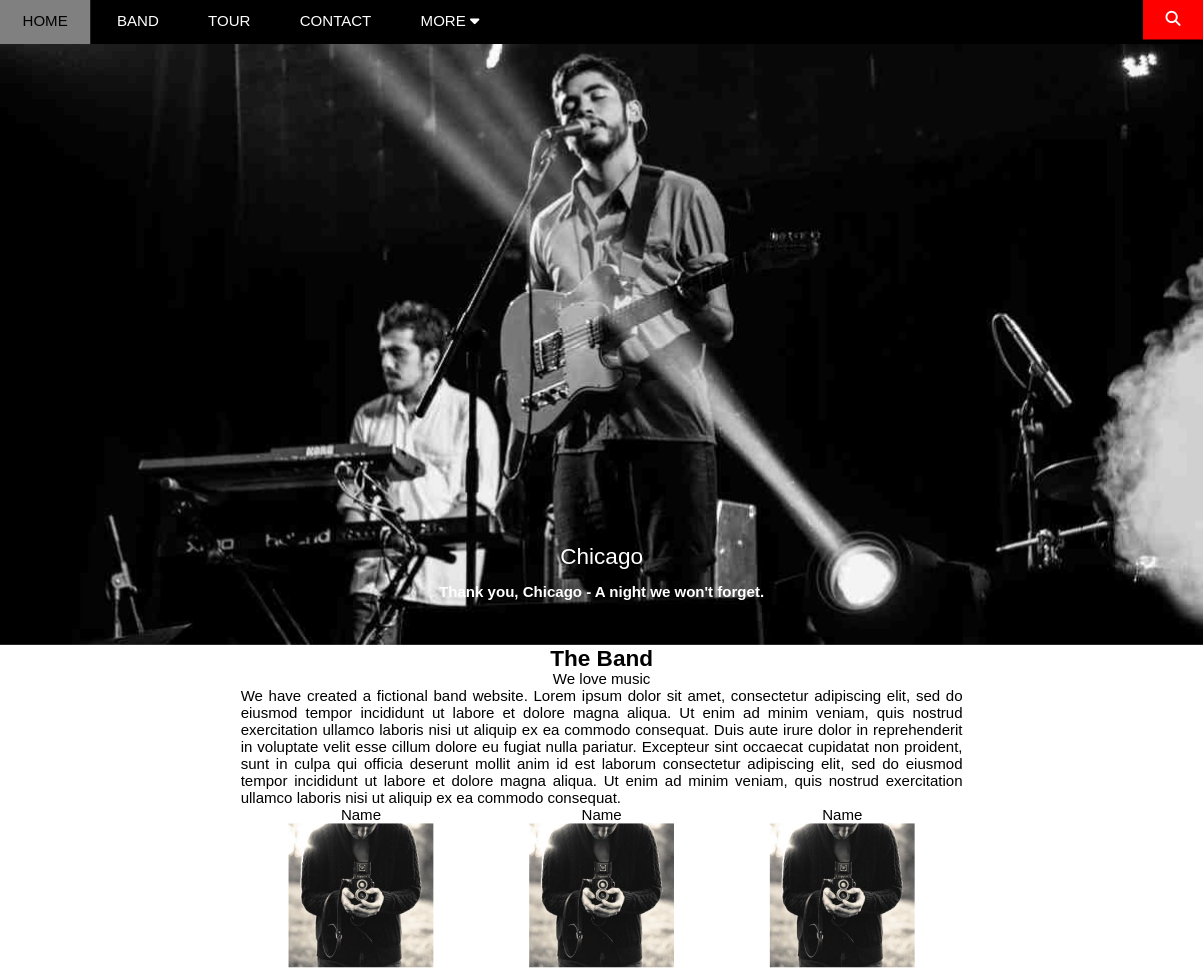
Repository: ngotranphuongbao/theband
Page: index.html
These files come from the project's save history. The page is drawn as it stood at one moment and after the next save; the edit follows.
The browser window is 1280 px wide. The pictures show the whole page, at 94% of full size.
Some web libraries are served in a nearby version.

Above is the page before, as saved 2022-12-21 20:05:29.

After the next save:
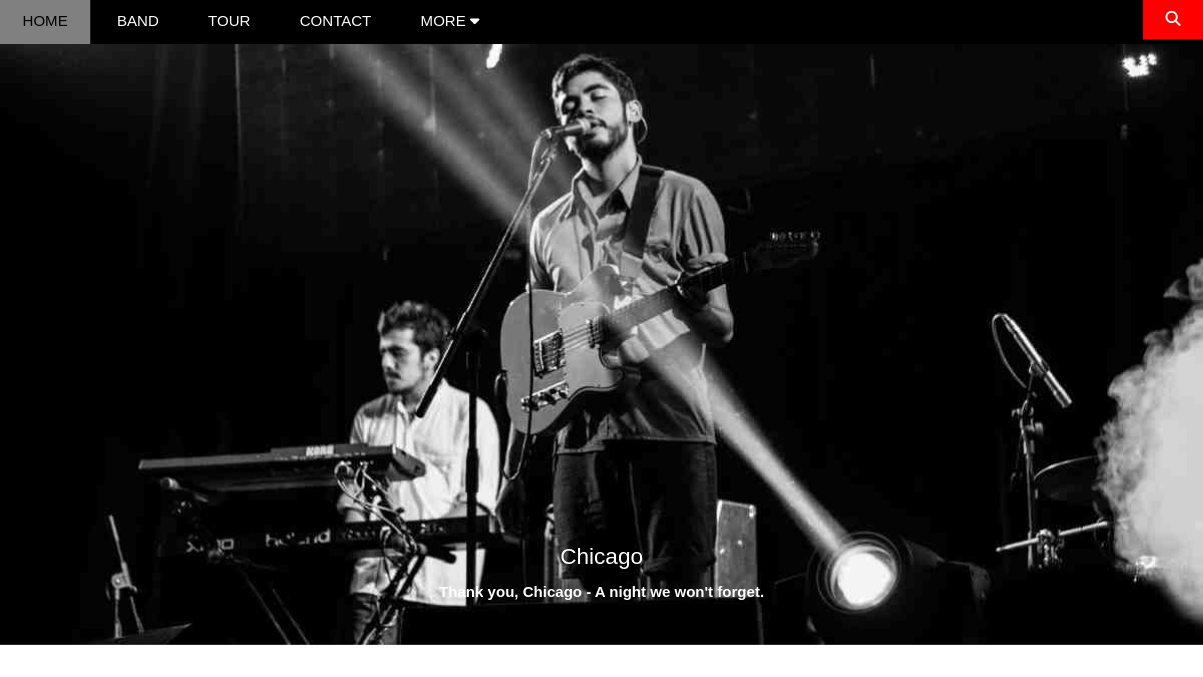
Saved 104 s later.
--- a/index.html
+++ b/index.html
@@ -43,27 +43,7 @@
 
         <div id="content">
             <div id="the-band">
-                <div id="the-band-main">
-                    <h2 class="content-title">The Band</h2>
-                    <p class="content-subtitle">We love music</p>
-                    <p id="the-band-about">We have created a fictional band website. Lorem ipsum dolor sit amet, consectetur adipiscing elit, sed do eiusmod tempor incididunt ut labore et dolore magna aliqua. Ut enim ad minim veniam, quis nostrud exercitation ullamco laboris nisi ut aliquip ex ea commodo consequat. Duis aute irure dolor in reprehenderit in voluptate velit esse cillum dolore eu fugiat nulla pariatur. Excepteur sint occaecat cupidatat non proident, sunt in culpa qui officia deserunt mollit anim id est laborum consectetur adipiscing elit, sed do eiusmod tempor incididunt ut labore et dolore magna aliqua. Ut enim ad minim veniam, quis nostrud exercitation ullamco laboris nisi ut aliquip ex ea commodo consequat.</p>
-                    <div id="the-band-member">
-                        <div class="member">
-                            <p class="member-name">Name</p>
-                            <img src="/assets/image/member/bandmember.jpg" alt="" class="member-photo">
-                        </div>
 
-                        <div class="member">
-                            <p class="member-name">Name</p>
-                            <img src="/assets/image/member/bandmember.jpg" alt="" class="member-photo">
-                        </div>
-
-                        <div class="member">
-                            <p class="member-name">Name</p>
-                            <img src="/assets/image/member/bandmember.jpg" alt="" class="member-photo">
-                        </div>
-                    </div>
-                </div>
             </div>
 
             <div id="tour-dates">
--- a/assets/css/style.css
+++ b/assets/css/style.css
@@ -121,40 +121,9 @@ html {
 #content {
 
 }
-#the-band-main {
-    width: 768px;
-    margin: auto;
-}
 
-.content-title {
-    text-align: center;
-}
 
-.content-subtitle {
-    text-align: center;
-}
 
-#the-band-about {
-    text-align: justify;
-}
-
-#the-band-member {
-    text-align: center;
-}
-
-.member {
-    display: inline-block;
-    width: 256px;
-    float: right;
-}
-
-.member-photo {
-    width: 60%;
-}
-
-#tour-dates {
-    background-color: black;
-}
 #footer {
 
 }
